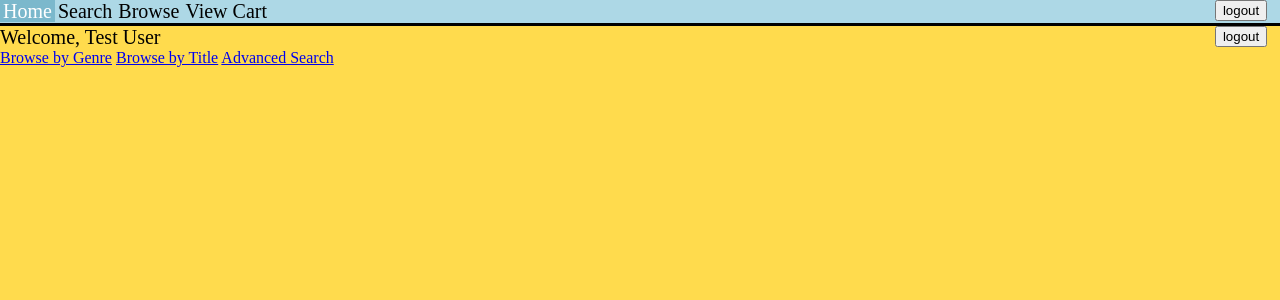
Repository: AndrewHarryKim/cs122B
Page: http://localhost/fabflix/Home
The author's editor kept a copy of each file at every save. The page is drawn from the files as they stood at one save, then again after a run of saves.
The browser window is 1280 px wide. The pictures show the whole page.
The page is served by Tomcat 9. The session is filled in as if someone had signed in: {"email": "test@example.com", "id": 1, "first_name": "Test User", "last_name": "Test User", "cc_id": 1, "address": 1, "cart": 1}. Other server files are loaded and not shown.

Above is the page before, as saved 2016-05-01 04:15:23.

### Site3/fabflix/WebContent/WEB-INF/home.jsp
<%@ page language="java" contentType="text/html; charset=ISO-8859-1"
    pageEncoding="ISO-8859-1"%>
<%@ page import="fabflix.Global" %>
<!DOCTYPE html PUBLIC "-//W3C//DTD HTML 4.01 Transitional//EN" "http://www.w3.org/TR/html4/loose.dtd">
<html>
<head>
	<meta http-equiv="Content-Type" content="text/html; charset=ISO-8859-1">
	<title>fabflix - Home</title>
	<link rel="stylesheet" type="text/css" href="css/styles.css">
</head>
<body>

	<%@include file="site-header.jsp" %>

	<span class="welcomeHeader">Welcome, <%=session.getAttribute("first_name")%> </span>
	<a href=<%=Global.logoutServletPath+""%>><input class="absolute-right" type="button" value="logout"/></a>
	<%
		out.println("</br>");
	    out.println("<a href='"+Global.browseGenreServlet+"'>Browse by Genre</a>");
	    out.println("<a href='"+Global.browseTitleServlet+"'>Browse by Title</a>");
	    out.println("<a href='"+Global.searchServletPath+"'>Advanced Search</a>");
	%>
</body>
</html>

### Site3/fabflix/WebContent/WEB-INF/site-header.jsp
<%@page import="fabflix.Global"%>
<header class="siteHeader">
	<nav class="navbar">
		<ul class="navlist">
			<li><a href="<%=request.getContextPath()%>/Home">Home</a></li>
			<li><a href="<%=request.getContextPath()%>/Search">Search</a></li>
			<li><a href="<%=request.getContextPath()%>/Browse">Browse</a></li>
			<li><a href="<%=request.getContextPath()%>/Cart">View Cart</a></li>
			<% if(!(session.getAttribute("email") == null) || (session.getAttribute("email") == "")){%>
				<a href=<%=Global.logoutServletPath+""%>><input class="absolute-right" type="button" value="logout"/></a>
			<%} %>
		</ul>
	</nav>
</header>

### Site3/fabflix/src/fabflix/Home.java
package fabflix;

import java.io.IOException;

import javax.servlet.RequestDispatcher;
import javax.servlet.ServletException;
import javax.servlet.annotation.WebServlet;
import javax.servlet.http.HttpServlet;
import javax.servlet.http.HttpServletRequest;
import javax.servlet.http.HttpServletResponse;
import javax.servlet.http.HttpSession;


@WebServlet("/Home")
public class Home extends HttpServlet {
	private static final long serialVersionUID = 1L;

    public Home() {
        super();
    }
	protected void doGet(HttpServletRequest request, HttpServletResponse response) throws ServletException, IOException {
		HttpSession session = request.getSession(true);
	    if ((session.getAttribute("email") == null) || (session.getAttribute("email") == "")) {
			String redirectURL = request.getContextPath() + Global.loginServletPath;
	        response.sendRedirect(redirectURL);
	        return;
	    }

		RequestDispatcher dispatcher = request.getServletContext().getRequestDispatcher("/WEB-INF/home.jsp");
		dispatcher.forward(request, response);
	}
	protected void doPost(HttpServletRequest request, HttpServletResponse response) throws ServletException, IOException {
		doGet(request, response);
	}

}

### Site3/fabflix/src/fabflix/Global.java
package fabflix;

public class Global {
	public static String DB_USER= "root";
	public static String DB_PASS="pops711";

	public static String homeServletPath="/Home";
	public static String loginServletPath="/Login";
	public static String loginJSPPath="/WEB-INF/login.jsp";
	public static String logoutServletPath="Logout";

	public static String browseGenreServlet="Browse?by=genre";
	public static String browseTitleServlet="Browse?by=title";
	public static String browseGenreJSP="/WEB-INF/browse.jsp?by=genre";
	public static String browseTitleJSP="/WEB-INF/browse.jsp?by=title";
	public static String movieListServletPath="MovieList";
	public static String searchServletPath="Search";

	public static String cartServletPath="Cart";
	public static String checkoutServletPath="Checkout";

//	// This is the location of the Login Portal
//	// This is the location of the Login-Authentication
//	public static String authLoginPath="Login";
//	// This is the location of the Logout script
//	//This is the location of the HomePage
//	// This is the location of the Search Page
//	public static String searchPath="";
//	// This is the location of the General Browsing Page and the sub-pages
//	public static String browsePath="browse.jsp";
//	// This is the location of the movie-list after you find one.
//	// This is the Cart location.
//	// This is the CheckOut location.
}

### Site3/fabflix/WebContent/css/styles.css
@CHARSET "ISO-8859-1";



body{
	background-color: #ffdb4d;
	margin: 0px;
}

.indent{
	margin-left: 3%;
}
.starInfoHeader{
	width: 10%;
	display: inline-block;
}
.starInfoDiv{
	height: 100%;
	width: 100%;
	vertical-align: middle;
}

.movieListHeader{
	border-bottom: solid 1px black;
}
.movieListHeader div{
	display: inline-block;
	border-right: 1px solid black;
	width: 10%;
	vertical-align: middle;
}

.movieRow{
	border-bottom: solid 1px black;
	margin-top: 15px;
	height: 60px;
}
.movieInfoDiv{
	display: inline-block;
	border-right: 1px solid black;
	height: 100%;
	width: 10%;
	vertical-align: middle;
}

div.movieName{
	width: 15%;
}
div.movieName:hover{
	color: white;
}
div.movieYear:hover{
	color: white;
}
div.movieStarList{
	width: 30%;
}
div.movieGenreList{
	width: 14%;
	border-right: none;
}


.navbar{
	background-color: lightblue;
	border-bottom: solid 3px black
}

.navlist{
	list-style-type: none;
    padding: 0px;
    margin: 0px;
}
.navlist li {
    display: inline-block;
    font-size: 20px;
    margin: 0px -4px 0px 0px;
}
.navlist li a {
    text-decoration: none;
    color: black;
    width:100%;
    height 100%;
    padding: 0px 3px 0px 3px;
}
.navlist li a:hover {
    color: white;
    background-color: #7BB8CC;
}



.searchContainer{
	background-color: lightblue;
	padding-right: 1.75%;
	padding-left: 1.75%;
	padding-top: 10px;
	height: 32px;
	width: 100%;
	margin-left: -1%;
}

.dbSearchBox {
	width: 89%;
	height: 16px;
}

.searchButton{
	width: 9%;
	height: 22px;
}

.center{
	display: inline-block;
	display: table;
	margin: 0px auto;
}
.absolute-right{
	position: absolute;
	right: 1%;
}
.welcomeHeader{
	font-size: 20px;
}
.loginTable{
    min-width: 30%;
}
.loginTable td {
    padding: 3px;
}
.loginTable th {
    padding: 3px;
}

After the next 2 saves:
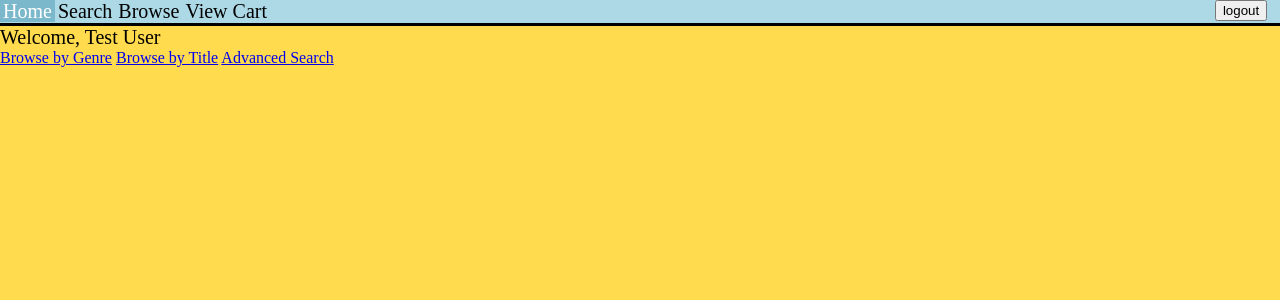
The 2 saves are shown as one change because they came seconds apart.
The last was saved 16 s later.
--- a/Site3/fabflix/WebContent/WEB-INF/home.jsp
+++ b/Site3/fabflix/WebContent/WEB-INF/home.jsp
@@ -13,7 +13,6 @@
 	<%@include file="site-header.jsp" %>
 
 	<span class="welcomeHeader">Welcome, <%=session.getAttribute("first_name")%> </span>
-	<a href=<%=Global.logoutServletPath+""%>><input class="absolute-right" type="button" value="logout"/></a>
 	<%
 		out.println("</br>");
 	    out.println("<a href='"+Global.browseGenreServlet+"'>Browse by Genre</a>");
